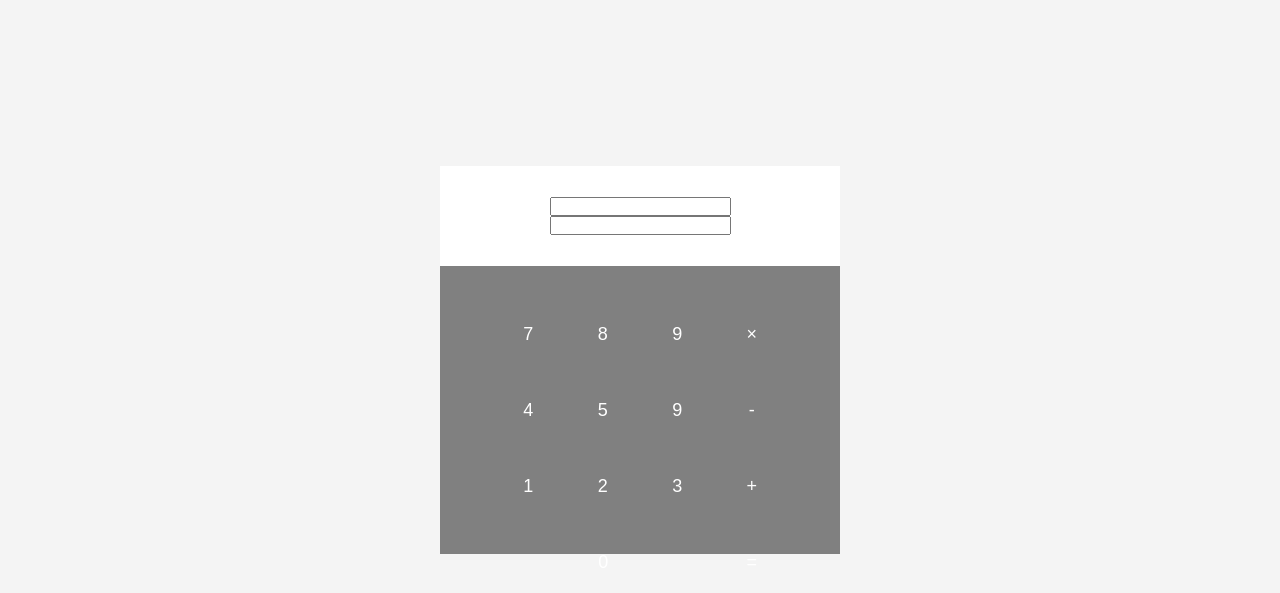
Repository: DNature/calc
Page: index.html
These files come from the project's save history. The page is drawn as it stood at one moment and after the next save; the edit follows.
The browser window is 1280 px wide. The pictures show the whole page.

Above is the page before, as saved 2019-11-21 00:05:22.

### index.html
<!DOCTYPE html>
<html lang="en">
  <head>
    <meta charset="UTF-8" />
    <meta name="viewport" content="width=device-width, initial-scale=1.0" />
    <meta http-equiv="X-UA-Compatible" content="ie=edge" />
    <link rel="stylesheet" href="css/style.css" />
    <title>Calculator</title>
  </head>
  <body>
    <div class="calculator">
      <div class="output">
        <input type="number" id="subField" class="display" />
        <input type="number" id="mainField" class="display" />
      </div>

      <div class="inputs">
        <div class="row">
          <button id="" class="button">C</button>
          <button id="" class="button">CE</button>
          <button id="" class="button">%</button>
          <button id="" class="button">&#247;</button>
        </div>
        <div class="row">
          <button id="" class="button">7</button>
          <button id="" class="button">8</button>
          <button id="" class="button">9</button>
          <button id="" class="button">&times;</button>
        </div>
        <div class="row">
          <button id="" class="button">4</button>
          <button id="" class="button">5</button>
          <button id="" class="button">9</button>
          <button id="" class="button">-</button>
        </div>
        <div class="row">
          <button id="" class="button">1</button>
          <button id="" class="button">2</button>
          <button id="" class="button">3</button>
          <button id="" class="button">+</button>
        </div>
        <div class="row equal">
          <button id="" class="button">0</button>
          <button id="" class="button">=</button>
        </div>
      </div>
    </div>
    <script src="./js/index.js"></script>
  </body>
</html>

### css/style.css
* {
  margin: 0;
  padding: 0;
  box-sizing: border-box;
}

body {
  font-family: Arial, Helvetica, sans-serif;
  background: #f4f4f4;
  height: 100vh;
  width: 100vw;
  display: grid;
  place-content: center;
}

.calculator {
  width: 20vw;
  background: white;
  display: grid;
  place-content: center;

  border-radius: 5px;
}

.output {
  height: 100px;
  padding: 1rem;
  background: white;
}

.inputs {
  background: grey;
  display: grid;
  place-content: center;
  height: 40vh;
}

.button {
  width: 70px;
  height: 70px;
  border-radius: 50%;
  border: none;
  outline: none;
  margin: 3px 0;
  cursor: pointer;
  background: none;
  color: white;
  font-size: 18px;
}
.button:hover {
  transition: 0.3s ease-in-out;
  background: #9595958d;
}

.button:focus {
  transition: 0.3s ease-in-out;
  background: #afafaf8d;
}

.equal {
  display: flex;
  justify-content: space-between;
}

.equal :first-child {
  margin-left: 75px;
}

.output {
  display: grid;
  place-content: center;
  width: 400px;
  padding: 0;
}

.display {
  width: 100%;
}

Loaded but not shown: js/index.js (no stored copy; drawn as an empty file)

After the next save:
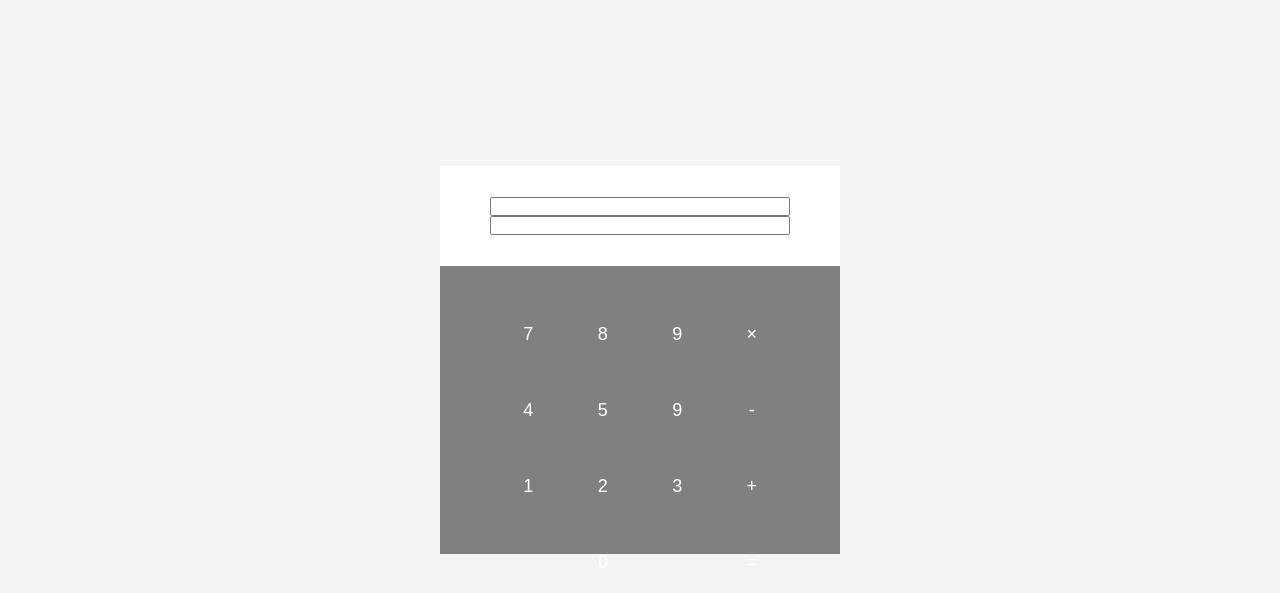
Saved 14 s later.
--- a/css/style.css
+++ b/css/style.css
@@ -74,5 +74,5 @@ body {
 }
 
 .display {
-  width: 100%;
+  width: 300px;
 }
